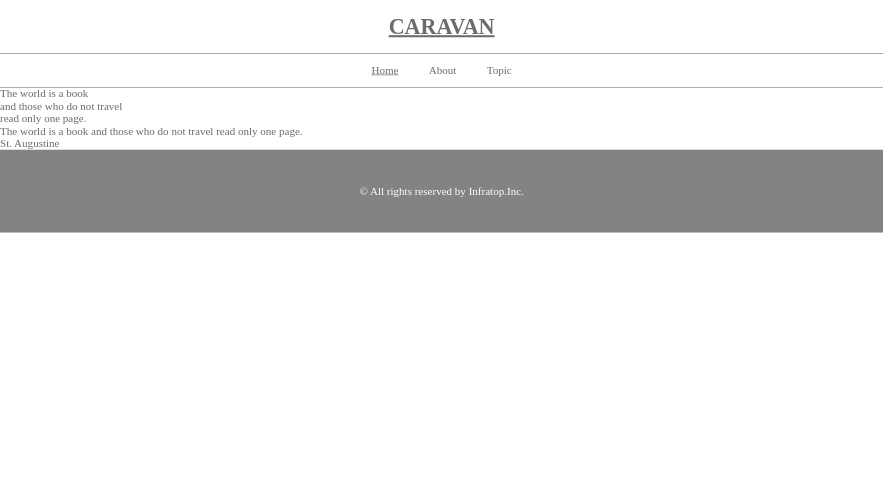
Repository: momopomi/htmlcss
Page: caravan/index.html
The author's editor kept a record of every edit. The page is drawn from the files as they stood at one moment, then again after the next edit.
The browser window is 1280 px wide. The pictures show the whole page, at 69% of full size.

Above is the page before.

After the next edit:
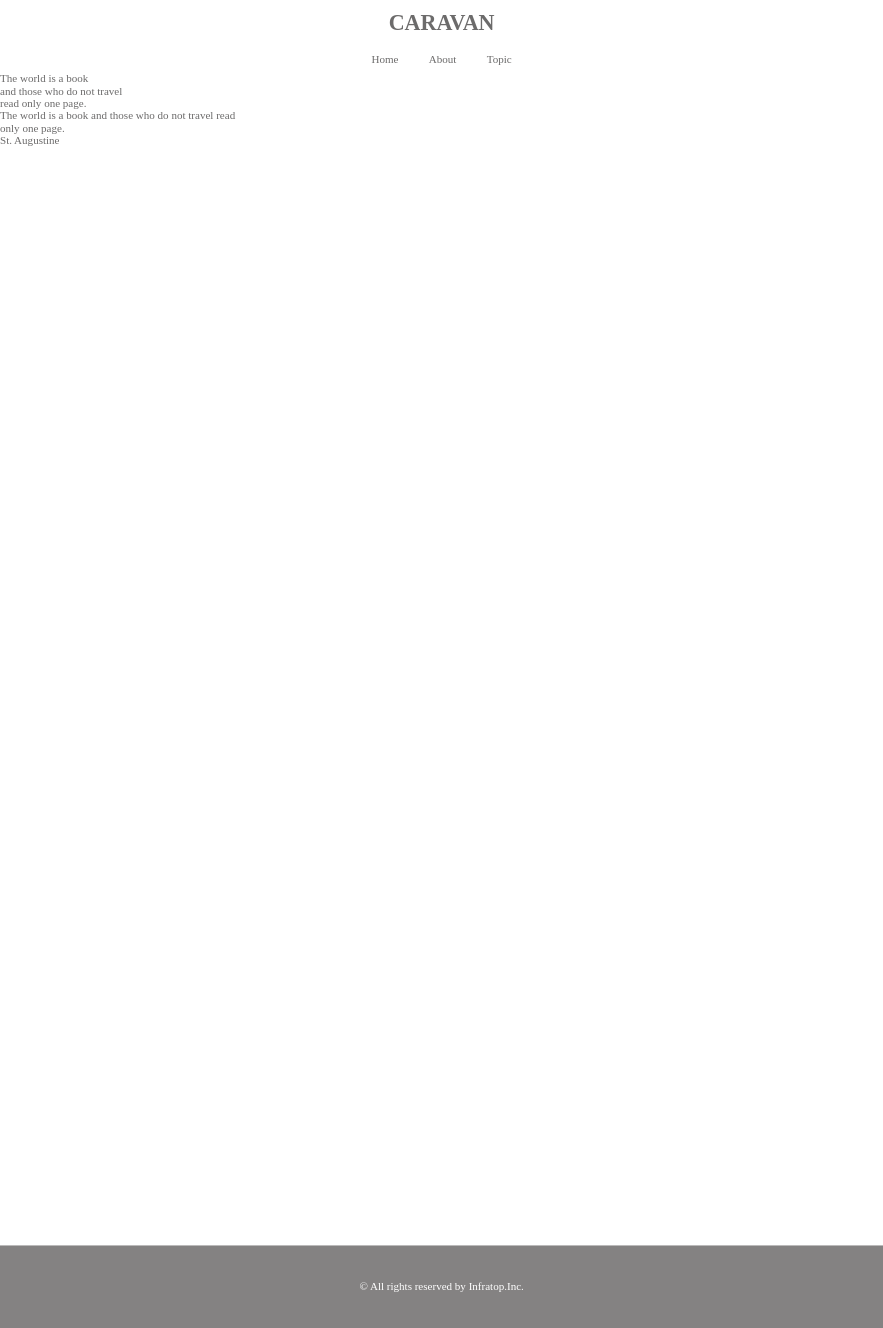
The edit:
--- a/caravan/style.css
+++ b/caravan/style.css
@@ -3,26 +3,27 @@
   margin: 0;
   padding: 0;
   box-sizing: border-box;
-  color: #6c6b6b;
+  color: #6c6b6b;}
+
+a {
+  text-decoration: none;
 }
-
 header {
-  width: 100%; /* 横幅90% */
-  padding: 20px 0;
+  width: 90%; /* 横幅 */
+  padding: 15px 0;
   margin: 0 auto;
   text-align: center;
 }
 
-header .heading { /* headerタグ内のheadingクラスにのみ反映される */
+header .heading {
+  /* headerタグ内のheadingクラスにのみ反映される */
   font-size: 32px;
 }
 
 .nav-list {
   text-align: center;
-  padding: 15px 20px;
+  padding: 10px 0;
   margin: 0 auto;
-  border-top: 1px solid grey;
-  border-bottom: 1px solid grey;
 }
 
 .nav-list-item {
@@ -31,109 +32,31 @@
   margin: 0 20px;
 }
 
-.large_main {
-  width: 100%;
-  height: auto;
-  margin-top: 50px;
-  margin-bottom: 50px;
-  justify-content: center;
+.main-visual {
+  width: 100%; /* 横幅いっぱい */
+  height: 300px; /* 高さ300px */
 }
 
-.big_main1 {
-  width: 800px;
-  display: flex;
-  flex-direction: row;
-  flex-wrap: wrap;
-  margin: 0 auto;
+.main-visual-content {
+  width: 350px; /* 横幅350px */
+  height: 300px; /* 親の高さに揃える */
 }
 
-.main1 {
-  width: 200px; /* 横幅いっぱい */
-  height: 200px; /* 高さ300px */
-  background-color: #e6ffe9;
-  flex-wrap: wrap;
+.main {
+  width: 840px; /* 横幅840px */
+  display: flex; /* Flexboxの利用 */
+  justify-content: center; /* 要素の横並び・中央寄せ */
+  margin: 0 auto; /* 中央寄せ（左右に余白がないとできない） */
 }
 
-.main2 {
-  width: 200px; /* 横幅350px */
-  height: 200px; /* 親の高さに揃える */
-  background-color: #cbffd3;
+.blog {
+  width: 600px; /* 横幅600px */
+  height: 1400px; /* 高さ1400px */
 }
 
-.main3 {
-  width: 200px; /* 横幅840px */
-  height: 200px;
-  background-color: #aeffbd;
-}
-
-.main4 {
-  width: 200px; /* 横幅600px */
-  height: 200px; /* 高さ1400px */
-  background-color: #93ffab;
-}
-
-.big_main2 {
-  width: 800px;
-  display: flex;
-  flex-direction: row;
-  flex-wrap: wrap;
-  margin: 0 auto;
-}
-
-.main5 {
-  width: 200px; /* 横幅240px */
-  height: 200px; /* 高さ1400px */
-  background-color: #f3ffd8;
-}
-
-.main6 {
-  width: 200px; /* 横幅240px */
-  height: 200px; /* 高さ1400px */
-  background-color: #edffbe;
-}
-
-.main7 {
-  width: 200px; /* 横幅240px */
-  height: 200px; /* 高さ1400px */
-  background-color: #e9ffa5;
-}
-
-.main8 {
-  width: 200px; /* 横幅240px */
-  height: 200px; /* 高さ1400px */
-  background-color: #e4ff8d;
-}
-
-.big_main3 {
-  width: 800px;
-  display: flex;
-  flex-direction: row;
-  flex-wrap: wrap;
-  margin: 0 auto;
-}
-
-.main9 {
-  width: 200px; /* 横幅240px */
-  height: 200px; /* 高さ1400px */
-  background-color: #d9e5ff;
-}
-
-.main10 {
-  width: 200px; /* 横幅240px */
-  height: 200px; /* 高さ1400px */
-  background-color: #bad3ff;
-}
-
-.main11 {
-  width: 200px; /* 横幅240px */
-  height: 200px; /* 高さ1400px */
-  background-color: #a4c6ff;
-}
-
-.main12 {
-  width: 200px; /* 横幅240px */
-  height: 200px; /* 高さ1400px */
-  background-color: #8eb8ff;
+.sidebar {
+  width: 240px; /* 横幅240px */
+  height: 1400px; /* 高さ1400px */
 }
 
 footer {
